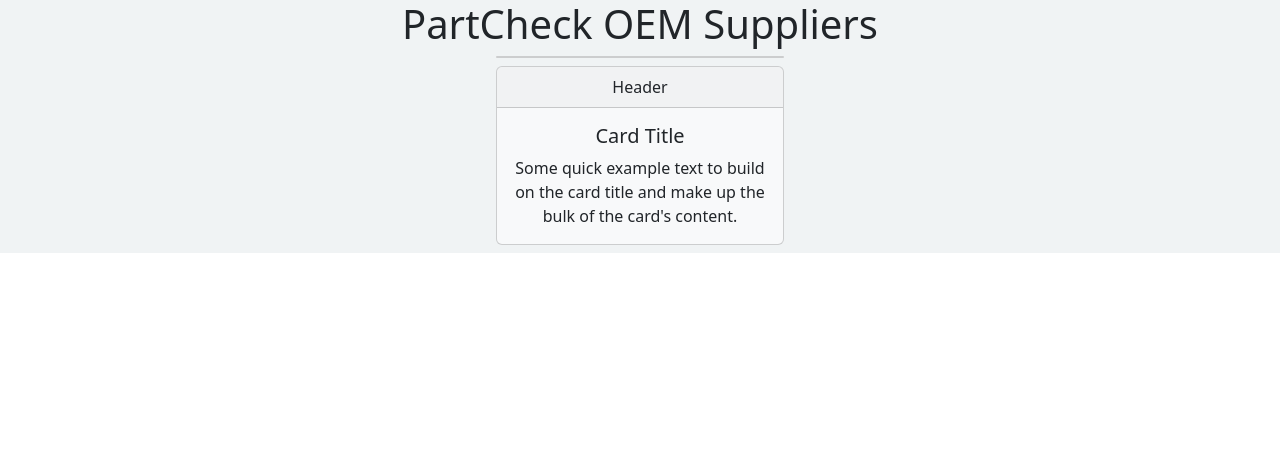
Repository: trungna4699/coding_challenge
Page: /
These files come from the project's save history. The page is drawn as it stood at one moment and after the next save; the edit follows.
The browser window is 1280 px wide. The pictures show the whole page.
The project was rebuilt for these pictures with package versions that can differ from the ones it lists, and the page was loaded fresh each time.

Above is the page before, as saved 2022-09-01 16:20:33.

### src/index.css
body {
  margin: 0;
  background-color: #F0F3F4;
  font-family: -apple-system, BlinkMacSystemFont, 'Segoe UI', 'Roboto', 'Oxygen',
    'Ubuntu', 'Cantarell', 'Fira Sans', 'Droid Sans', 'Helvetica Neue',
    sans-serif;
  -webkit-font-smoothing: antialiased;
  -moz-osx-font-smoothing: grayscale;
}

code {
  font-family: source-code-pro, Menlo, Monaco, Consolas, 'Courier New',
    monospace;
}

### src/App.js
import './App.css';
import 'bootstrap/dist/css/bootstrap.min.css';

import Card from 'react-bootstrap/Card';
import Col from 'react-bootstrap/Col';
import Row from 'react-bootstrap/Row';

function App() {
  return (
    <div className="App">
      <h1>PartCheck OEM Suppliers</h1>

      <div className='listContainer'>
        <Card
          bg={"light"}
          // key={variant}
          text={"dark"}
          style={{ width: '18rem' }}
          className="mb-2"
        >
          <div classname="supplierItems">

          </div>
        </Card>

        <Card
          bg={"light"}
          // key={variant}
          text={"dark"}
          style={{ width: '18rem' }}
          className="mb-2"
        >
          <Card.Header>Header</Card.Header>
          <Card.Body>
            <Card.Title>Card Title </Card.Title>
            <Card.Text>
              Some quick example text to build on the card title and make up the
              bulk of the card's content.
            </Card.Text>
          </Card.Body>
        </Card>

      </div>


    </div>
  );
}

export default App;

### src/App.css
.App {
  background-color: #F0F3F4;
  text-align: center;
}

.listContainer {
  display: flex;
  flex-direction: column;
  align-items: center;
}









/* Default Settings */
.App-logo {
  height: 40vmin;
  pointer-events: none;
}

@media (prefers-reduced-motion: no-preference) {
  .App-logo {
    animation: App-logo-spin infinite 20s linear;
  }
}

.App-header {
  background-color: #282c34;
  min-height: 100vh;
  display: flex;
  flex-direction: column;
  align-items: center;
  justify-content: center;
  font-size: calc(10px + 2vmin);
  color: white;
}

.App-link {
  color: #61dafb;
}

@keyframes App-logo-spin {
  from {
    transform: rotate(0deg);
  }
  to {
    transform: rotate(360deg);
  }
}

Loaded but not shown: public/index.html (common file); src/index.js (common file); src/reportWebVitals.js (common file)

After the next save:
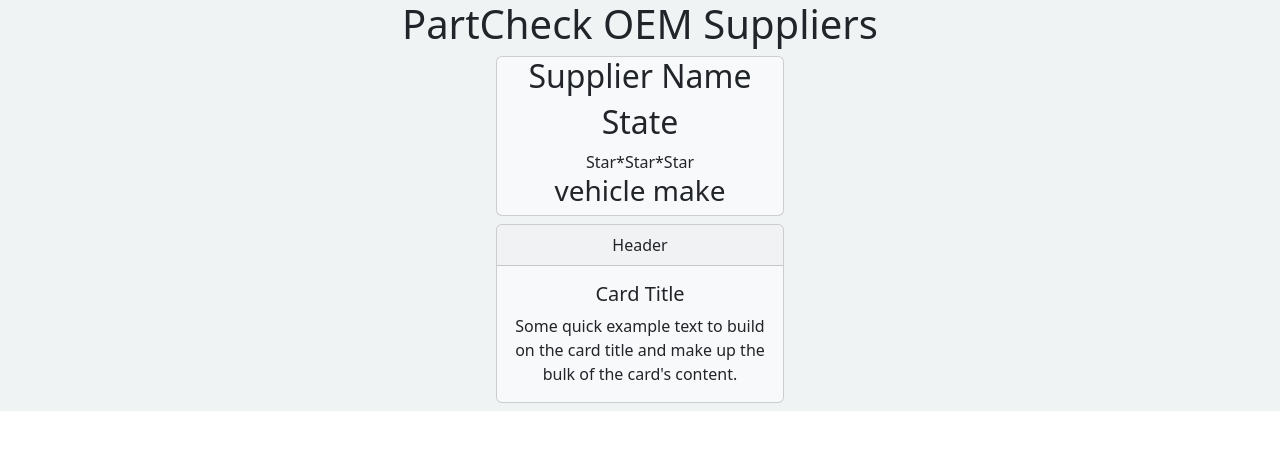
Saved 4 min 2 s later.
--- a/src/App.js
+++ b/src/App.js
@@ -19,7 +19,14 @@ function App() {
           className="mb-2"
         >
           <div classname="supplierItems">
-
+            <h2>Supplier Name</h2>
+            <h2>State</h2>
+            <div className="ratingStar">
+              Star*Star*Star
+            </div>
+            <div className="vehicleList">
+              <h3>vehicle make</h3>
+            </div>
           </div>
         </Card>
 
